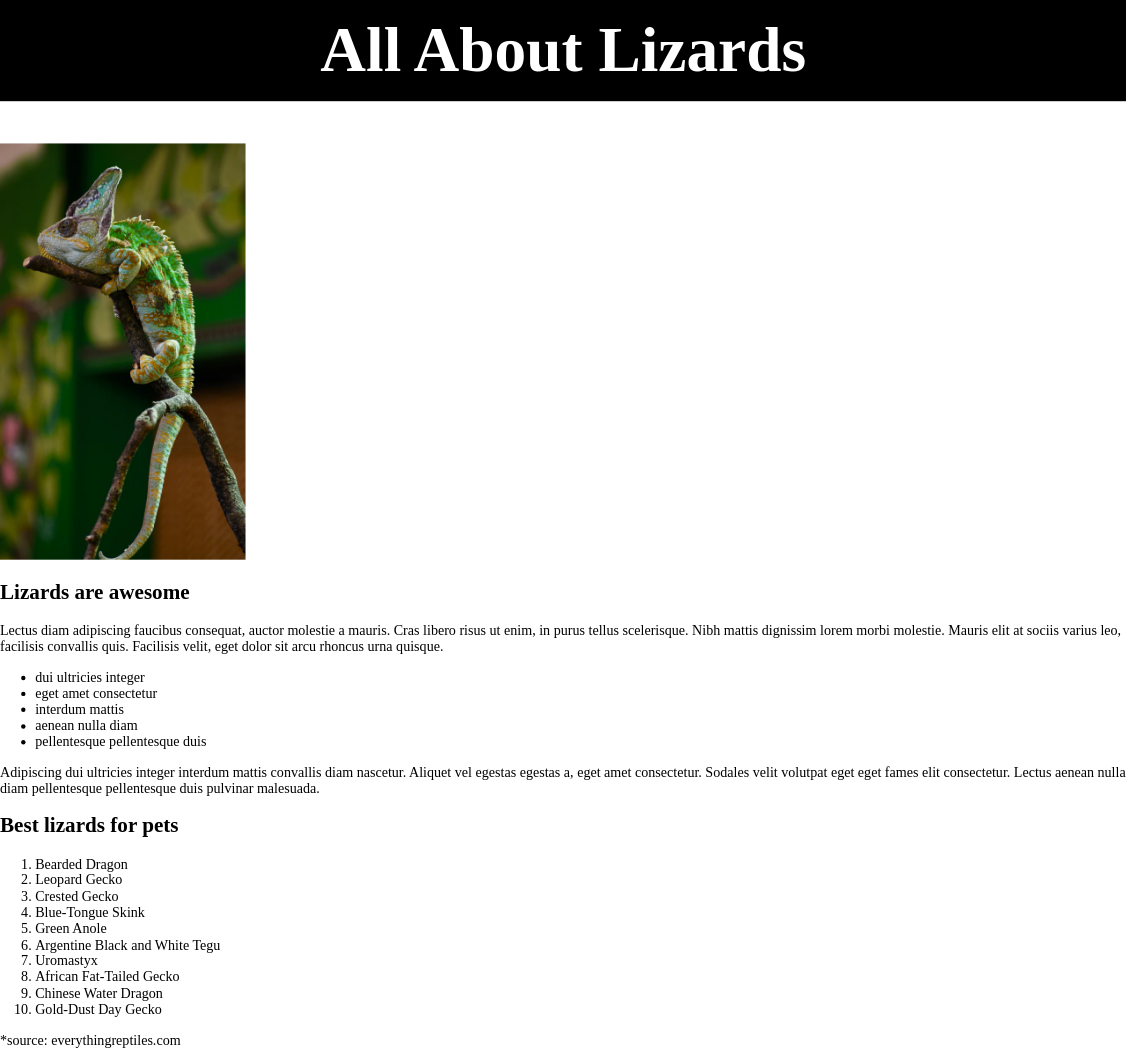
Repository: Doumham-Armah/lizards-landing--page
Page: index.html
These files come from the project's save history. The page is drawn as it stood at one moment and after the next save; the edit follows.
The browser window is 1280 px wide. The pictures show the whole page, at 88% of full size.

Above is the page before, as saved 2021-08-10 13:54:35.

After the next save:
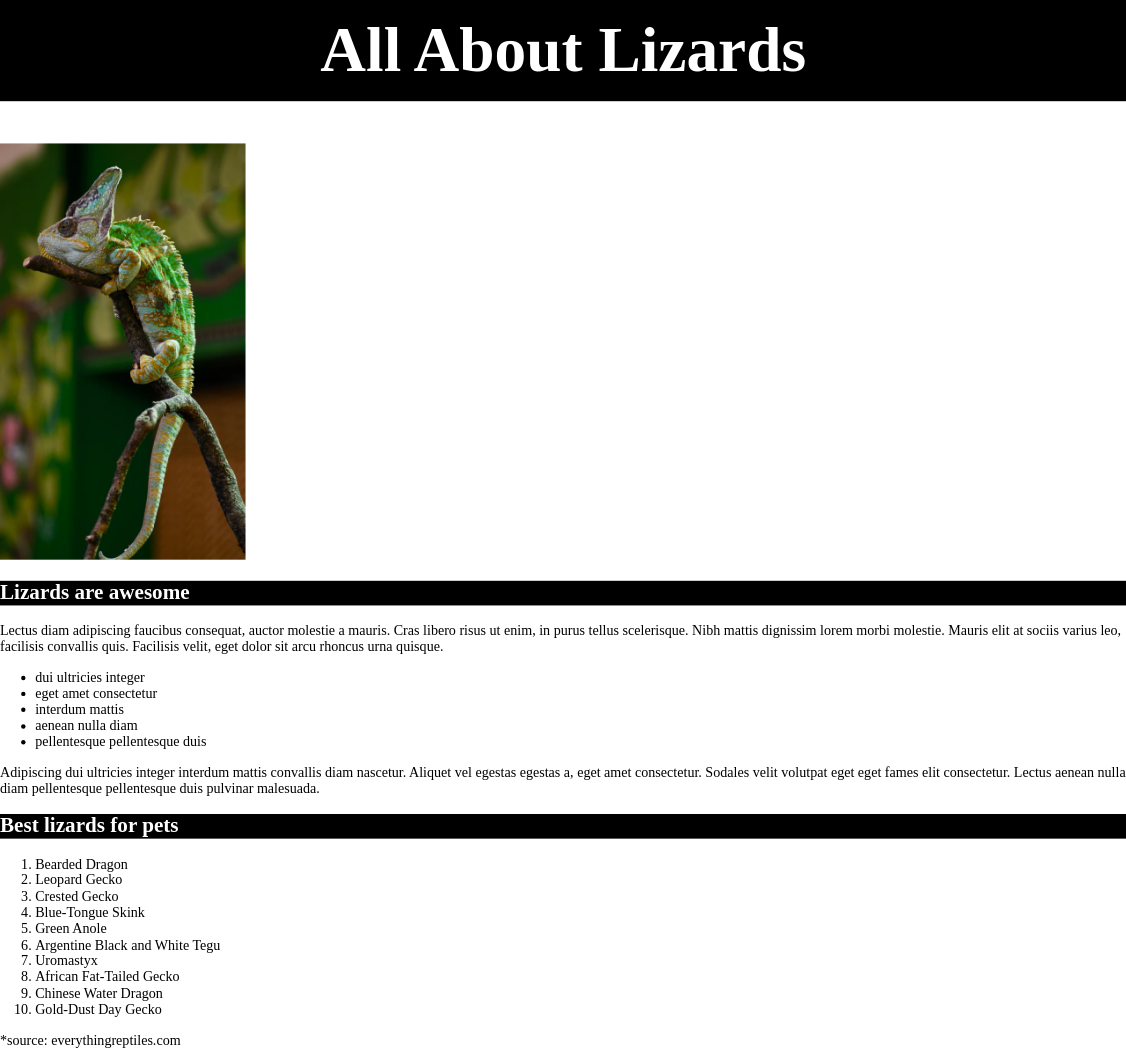
Saved 24 s later.
--- a/css/style.css
+++ b/css/style.css
@@ -10,3 +10,8 @@ h1 {
   margin-top: 0;
   font-size: 4.5rem;
 }
+
+.subheading {
+  background-color: black;
+  color: white;
+}
